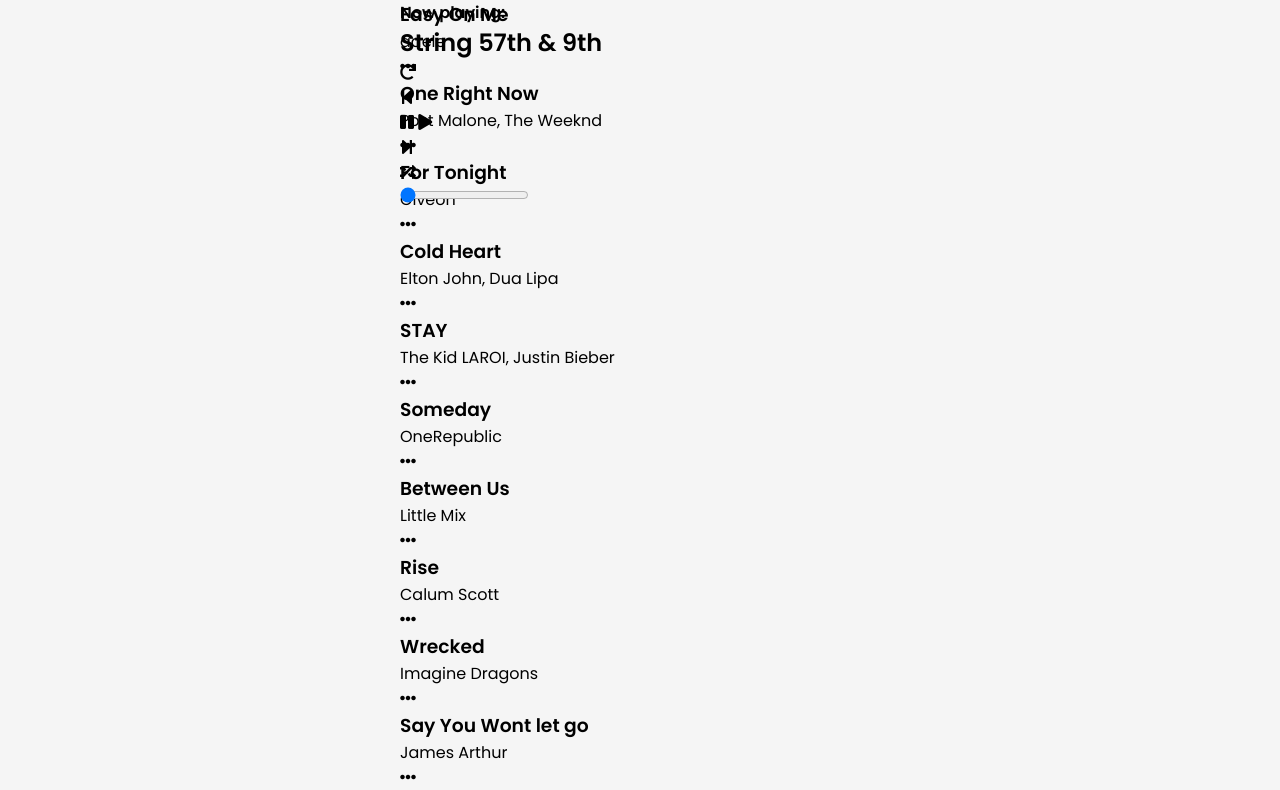
Repository: maivannhan1998/MusicPlayer.github.io
Page: index.html
An editor plug-in stored every save of this project. The page is shown before and after the next save, followed by the edit.
The browser window is 1280 px wide. The pictures show the whole page.
Pictures or frames that could not be fetched are drawn as grey boxes.

Above is the page before, as saved 2021-11-09 15:15:26.

After the next save:
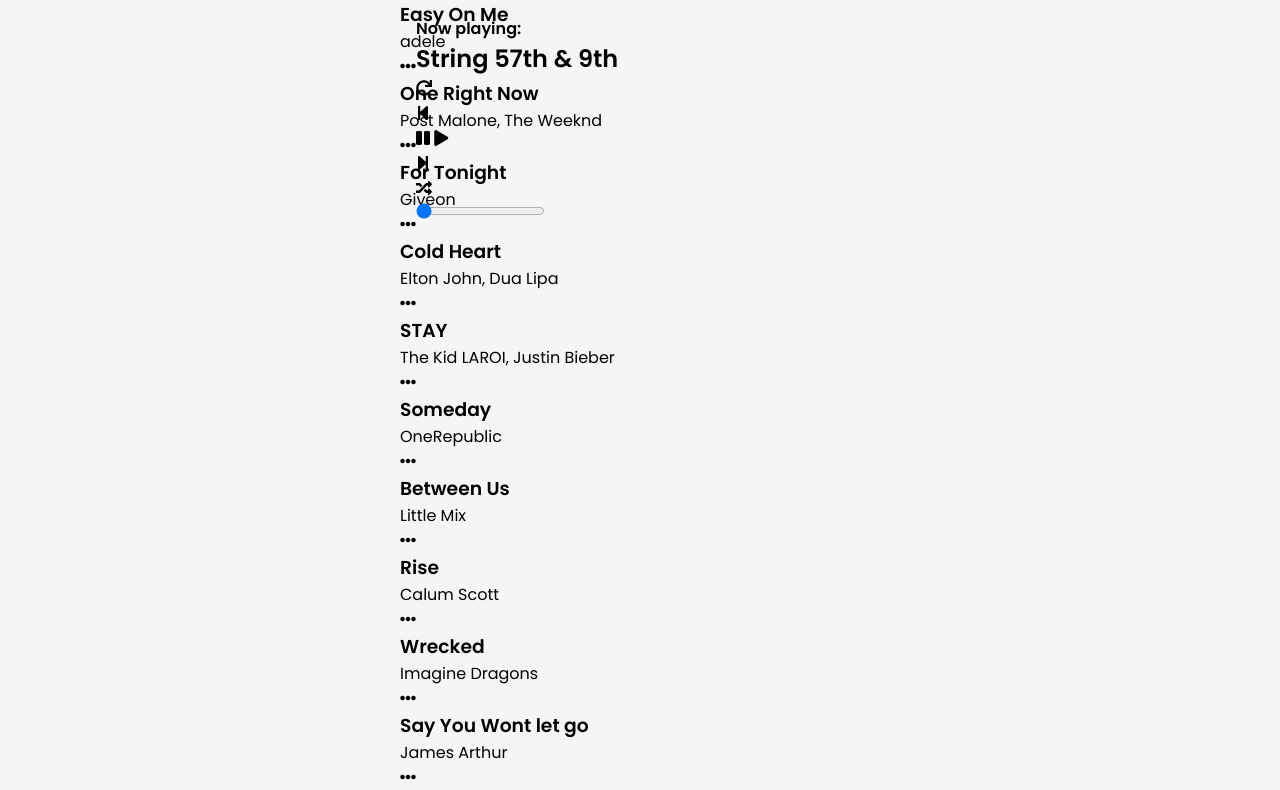
Saved 23 s later.
--- a/assets/css/main.css
+++ b/assets/css/main.css
@@ -25,5 +25,6 @@
 }
 
 .dashboard {
-  position :fixed;
+  position: fixed;
+  padding: 16px 16px 14px;
 }
